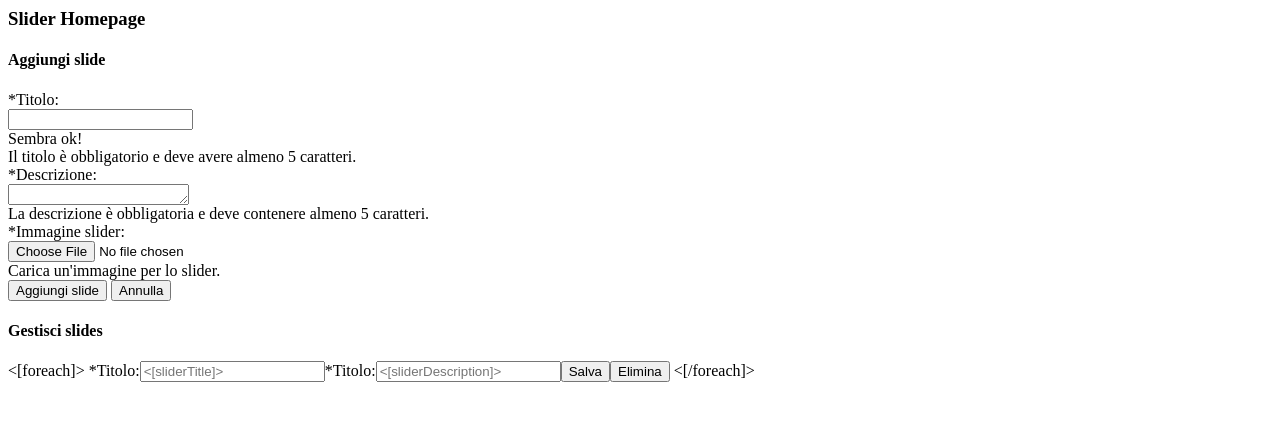
Repository: i4c0ni99/MotorShop
Page: skins/multikart_all_in_one/back-end/home-customizer.html
An editor plug-in stored every save of this project. The page is shown before and after the next save, followed by the edit.
The browser window is 1280 px wide. The pictures show the whole page.

Above is the page before, as saved 2024-10-31 19:18:55.

After the next save:
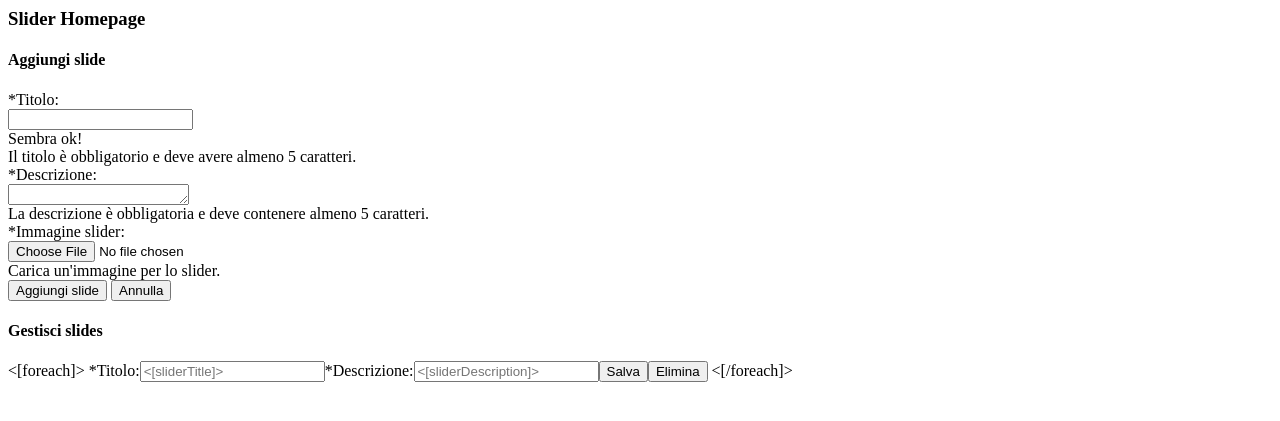
Saved 5 s later.
--- a/skins/multikart_all_in_one/back-end/home-customizer.html
+++ b/skins/multikart_all_in_one/back-end/home-customizer.html
@@ -93,7 +93,7 @@
                                     <form method="post" action="/MotorShop/home-customizer.php">
                                         <label for="SliderTitle" class="col-xl-3 col-sm-4 mb-0"><span>*</span>Titolo:</label>
                                         <input type="text" name="title" placeholder="<[sliderTitle]>" pattern=".{5,}" minlength="2" required="true">
-                                        <label for="SliderTitle" class="col-xl-3 col-sm-4 mb-0"><span>*</span>Titolo:</label>
+                                        <label for="SliderTitle" class="col-xl-3 col-sm-4 mb-0"><span>*</span>Descrizione:</label>
                                         <input type="text" name="description" placeholder="<[sliderDescription]>" minlength="5" style="resize: vertical;" rows="2" required="true">
                                     <input type="hidden" name="sliderId" value="<[sliderId]>">
                                     <button type="submit" name="edit" class="btn btn-primary btn-block">Salva</button>
